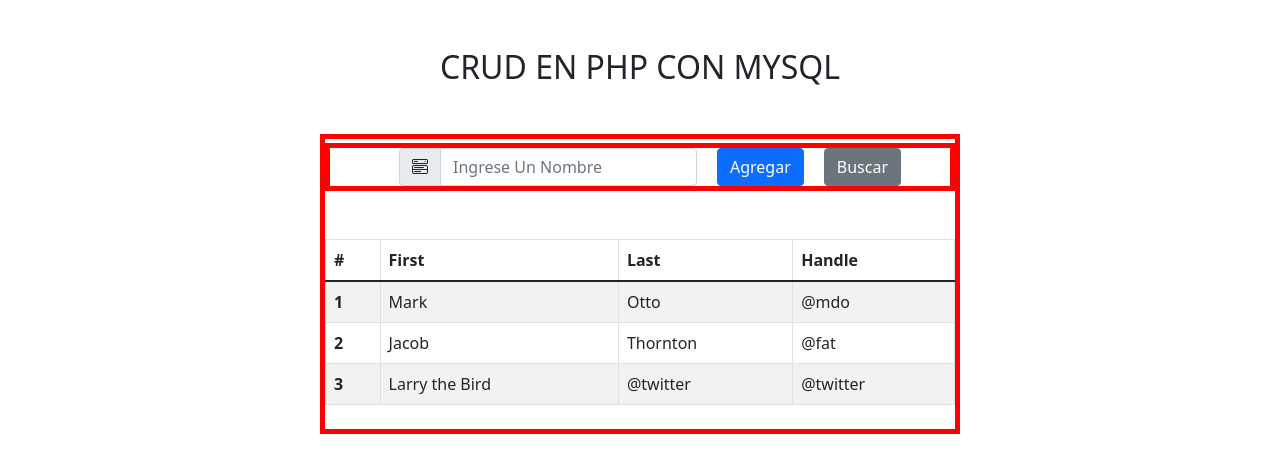
Repository: nder1996/CRUD_SENCILLO
Page: http://localhost/
These files come from the project's save history. The page is drawn as it stood at one moment and after the next save; the edit follows.
The browser window is 1280 px wide. The pictures show the whole page.
The page is run by PHP 8.4 with error messages shown; the project is at /var/www/html/.

Above is the page before, as saved 2021-10-04 20:09:36.

After the next save:
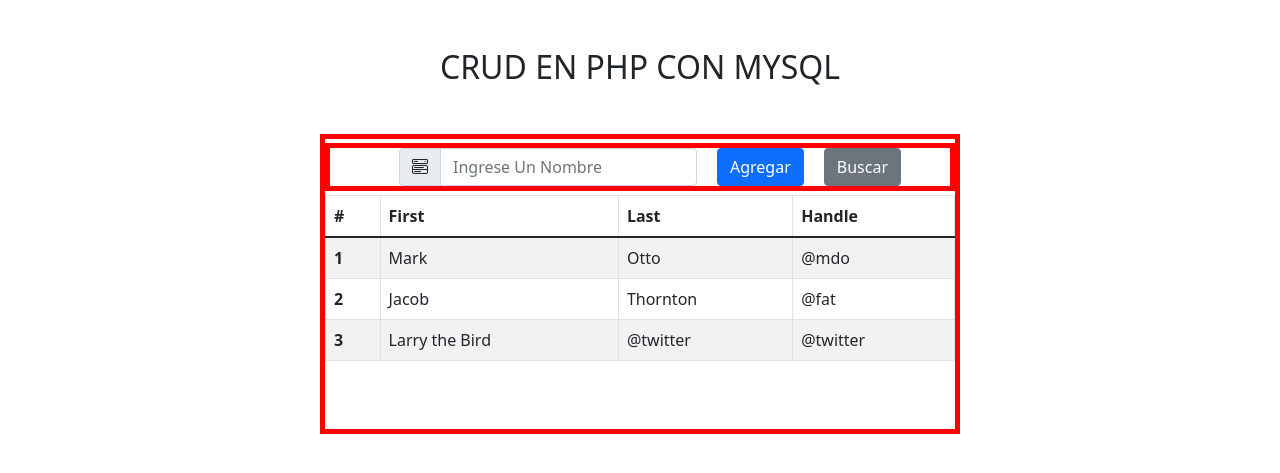
Saved 7 s later.
--- a/CRUD - SILENCIADO/index.php
+++ b/CRUD - SILENCIADO/index.php
@@ -27,7 +27,7 @@
                     <button type="button" class="btn btn-secondary">Buscar</button>
                 </section>
             </div>
-            <table class="table mt-5 table-bordered table-striped">
+            <table class="table mt-1 table-bordered table-striped">
                 <thead>
                     <tr>
                       <th scope="col">#</th>
